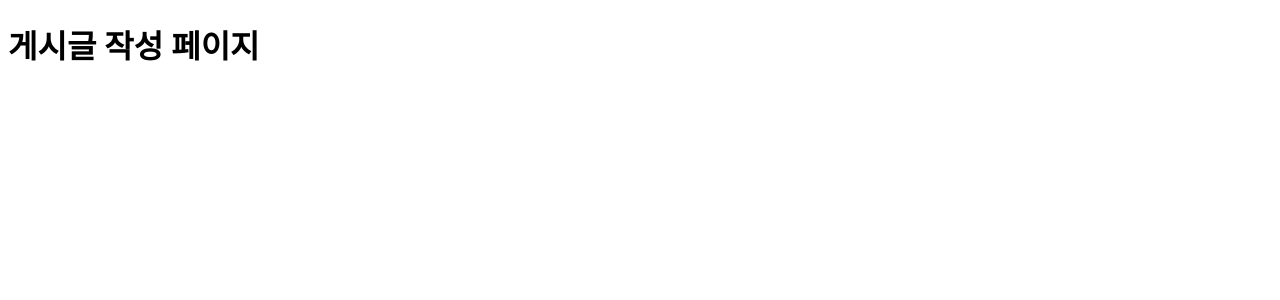
Repository: ksccmp/notice-board
Page: http://localhost/board/login_filter/board_write.jsp
These files come from the project's save history. The page is drawn as it stood at one moment and after the next save; the edit follows.
The browser window is 1280 px wide. The pictures show the whole page.
The page is served by Tomcat 9. Nobody is signed in. The application's start-up code is not run. Other server files are loaded and not shown.

Above is the page before, as saved 2019-09-24 13:56:45.

### board/src/main/webapp/login_filter/board_write.jsp
<%@ page language="java" contentType="text/html; charset=UTF-8"
    pageEncoding="UTF-8"%>
<!DOCTYPE html PUBLIC "-//W3C//DTD HTML 4.01 Transitional//EN" "http://www.w3.org/TR/html4/loose.dtd">
<html>
<head>
<meta http-equiv="Content-Type" content="text/html; charset=UTF-8">
<title>Insert title here</title>
</head>
<body>
	<h1>게시글 작성 페이지</h1>
</body>
</html>

After the next save:
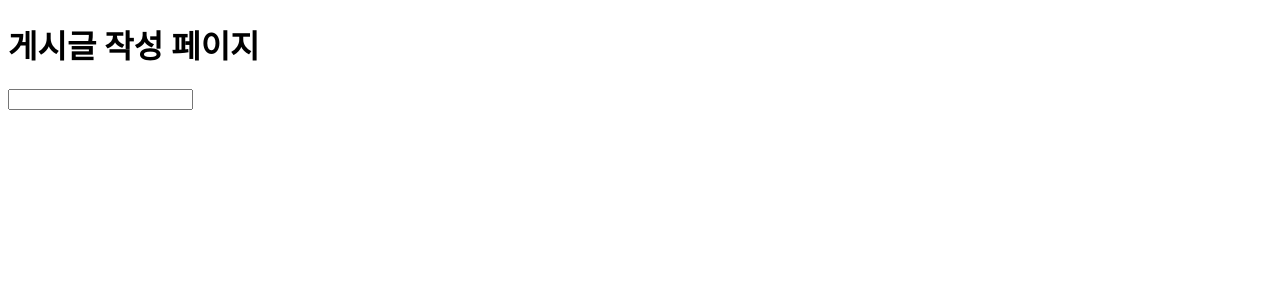
Saved 38 s later.
--- a/board/src/main/webapp/login_filter/board_write.jsp
+++ b/board/src/main/webapp/login_filter/board_write.jsp
@@ -8,5 +8,8 @@
 </head>
 <body>
 	<h1>게시글 작성 페이지</h1>
+	<form method="post" action="">
+		<input type="text" id="title" name="title">
+	</form>
 </body>
 </html>
